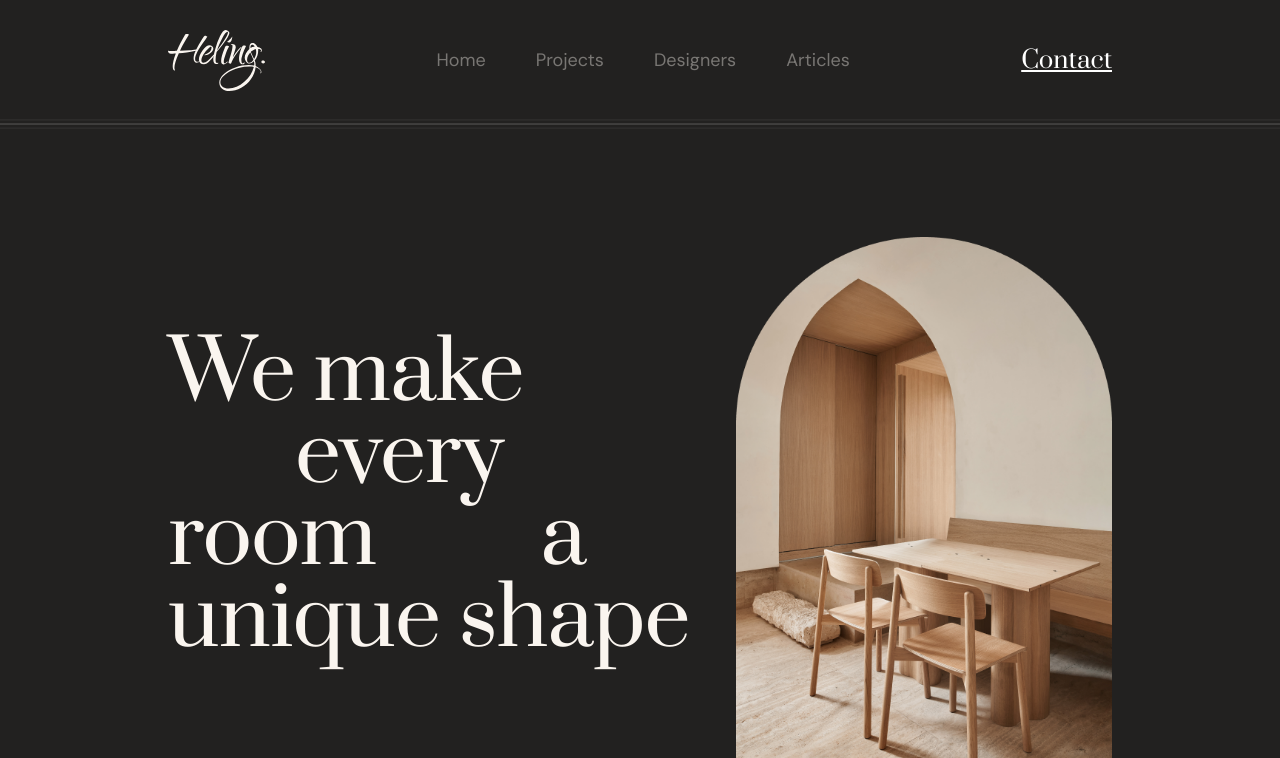
Repository: vandangnhathung/healingui_website
Page: /
These files come from the project's save history. The page is drawn as it stood at one moment and after the next save; the edit follows.
The browser window is 1280 px wide. The pictures show the whole page.
The project was rebuilt for these pictures with package versions that can differ from the ones it lists, and the page was loaded fresh each time. Also part of the build but not shown: src/App.css.

Above is the page before, as saved 2022-03-16 13:13:42.

After the next save:
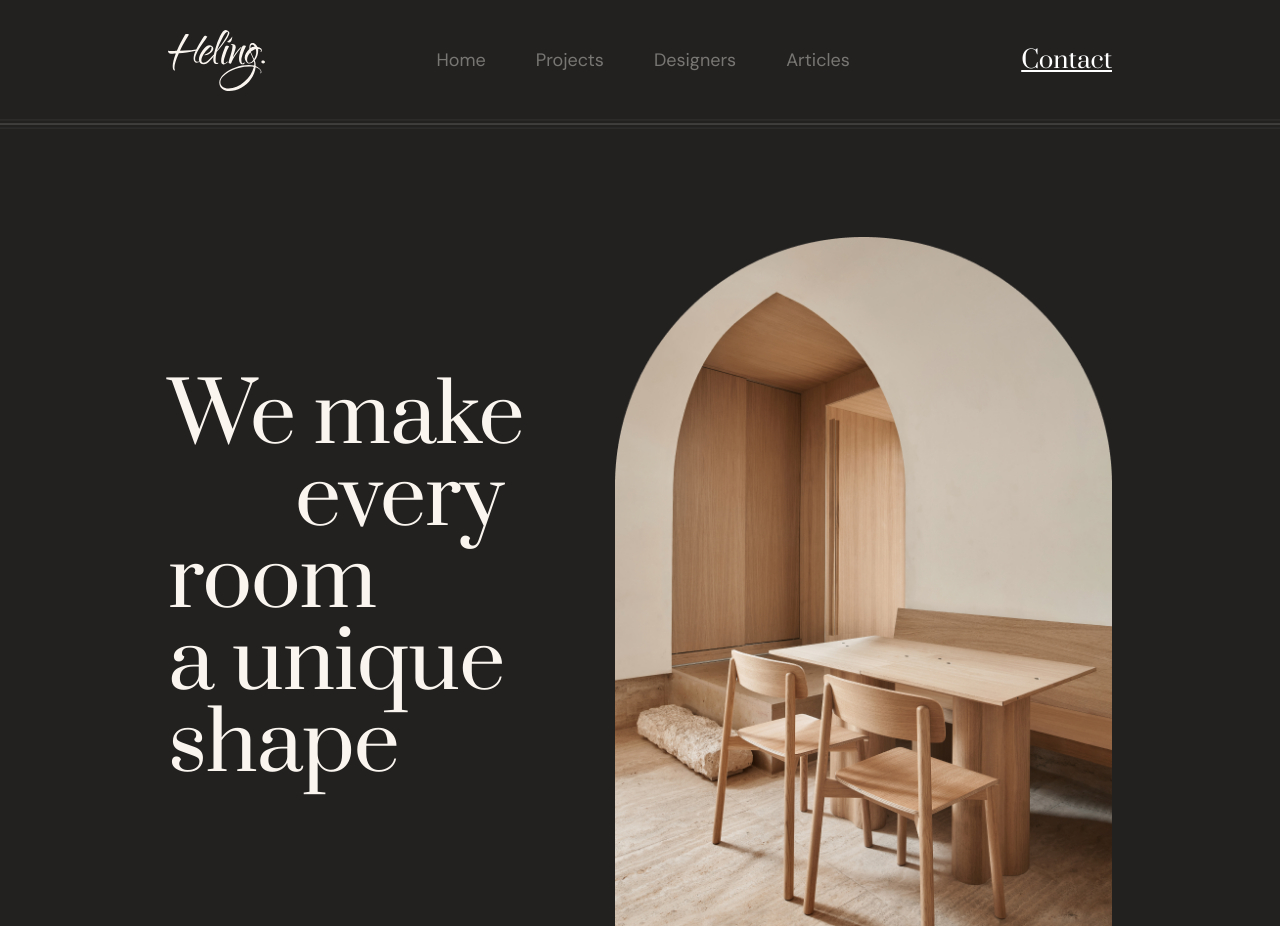
Saved 28 s later.
--- a/src/components/Container/Container.js
+++ b/src/components/Container/Container.js
@@ -21,7 +21,7 @@ const Container = () => {
     line-height: 1;
     font-family: "Prata", serif;
     color: #faf5ef;
-    max-width: 724px;
+    max-width: 424px;
   `;
   const Image1Div = styled.img`
     width: auto;
